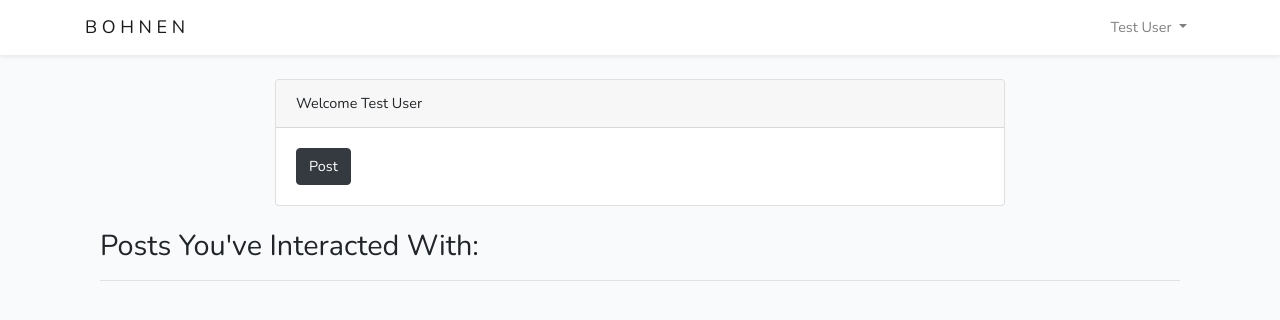
Repository: davidbohnen/BOHNEN
Page: http://localhost/home
An editor plug-in stored every save of this project. The page is shown before and after the next save, followed by the edit.
The browser window is 1280 px wide. The pictures show the whole page.
The page is served by the project's Laravel application, run on PHP 8.4 with Laravel 8. A made-up administrator, Test User (test@example.com), is signed in. Other server files are loaded and not shown.

Above is the page before, as saved 2020-05-05 21:16:36.

### routes/web.php
<?php

use Illuminate\Support\Facades\Route;

/*
|--------------------------------------------------------------------------
| Web Routes
|--------------------------------------------------------------------------
|
| Here is where you can register web routes for your application. These
| routes are loaded by the RouteServiceProvider within a group which
| contains the "web" middleware group. Now create something great!
|
*/

Route::get('/', function () {
    return view('welcome');
});

Auth::routes();

Route::get('/home', 'HomeController@index')->name('home');

Route::get('/post/create', 'PostController@create');
Route::post('/post', 'PostController@store');
Route::get('/warn', 'IndexController@warn');
Route::get('/post/{post}', 'PostController@show');

Route::get('/public', 'IndexController@public');



Route::get('/about', 'IndexController@about');
Route::get('/more', 'IndexController@more');
Route::get('/history', 'IndexController@history');
Route::get('/record', 'IndexController@record');
Route::get('/contact', 'IndexController@contact');
Route::get('/live', 'IndexController@live');

### app/User.php
<?php

namespace App;

use Illuminate\Contracts\Auth\MustVerifyEmail;
use Illuminate\Foundation\Auth\User as Authenticatable;
use Illuminate\Notifications\Notifiable;

class User extends Authenticatable
{
    use Notifiable;

    /**
     * The attributes that are mass assignable.
     *
     * @var array
     */
    protected $fillable = [
        'name', 'email', 'password',
    ];

    /**
     * The attributes that should be hidden for arrays.
     *
     * @var array
     */
    protected $hidden = [
        'password', 'remember_token',
    ];

    /**
     * The attributes that should be cast to native types.
     *
     * @var array
     */
    protected $casts = [
        'email_verified_at' => 'datetime',
    ];


    public function post(){
        return $this->hasMany(Post::class);
    }

}

### resources/views/home.blade.php
@extends('layouts.app')

@section('content')
<div class="container">
    <div class="row justify-content-center">
        <div class="col-md-8">
            <div class="card">
                <div class="card-header">Welcome {{ Auth::user()->name }}</div>

                <div class="card-body">
                    @if (session('status'))
                        <div class="alert alert-success" role="alert">
                            {{ session('status') }}
                        </div>
                    @endif

                <a href="/post/create" class="btn btn-dark">Post</a>

                </div>
            </div>
        </div>


    </div>
    <br>
    <div class="container">
    <h2>Posts You've Interacted With:</h2>
        <hr>
    </div>

</div>
@endsection

### resources/views/layouts/app.blade.php
<!doctype html>
<html lang="{{ str_replace('_', '-', app()->getLocale()) }}">
<head>
    <meta charset="utf-8">
    <meta name="viewport" content="width=device-width, initial-scale=1">

    <!-- CSRF Token -->
    <meta name="csrf-token" content="{{ csrf_token() }}">

    <title>{{ config('BOHNEN', 'B O H N E N') }}</title>


    <!-- Scripts -->
    <script src="{{ asset('js/app.js') }}" defer></script>

    <!-- Fonts -->
    <link rel="dns-prefetch" href="//fonts.gstatic.com">
    <link href="https://fonts.googleapis.com/css?family=Nunito" rel="stylesheet">

    <!-- Styles -->
    <link href="{{ asset('css/app.css') }}" rel="stylesheet">
</head>
<body>
    <div id="app">
        <nav class="navbar navbar-expand-md navbar-light bg-white shadow-sm">
            <div class="container">
                <a class="navbar-brand" href="{{ url('/') }}">
                    {{ config('BOHNEN', 'B O H N E N') }}
                </a>
                <button class="navbar-toggler" type="button" data-toggle="collapse" data-target="#navbarSupportedContent" aria-controls="navbarSupportedContent" aria-expanded="false" aria-label="{{ __('Toggle navigation') }}">
                    <span class="navbar-toggler-icon"></span>
                </button>

                <div class="collapse navbar-collapse" id="navbarSupportedContent">
                    <!-- Left Side Of Navbar -->
                    <ul class="navbar-nav mr-auto">

                    </ul>

                    <!-- Right Side Of Navbar -->
                    <ul class="navbar-nav ml-auto">
                        <!-- Authentication Links -->
                        @guest
                            <li class="nav-item">
                                <a class="nav-link" href="{{ route('login') }}">{{ __('Login') }}</a>
                            </li>
                            @if (Route::has('register'))
                                <li class="nav-item">
                                    <a class="nav-link" href="{{ route('register') }}">{{ __('Register') }}</a>
                                </li>
                            @endif
                        @else
                            <li class="nav-item dropdown">
                                <a id="navbarDropdown" class="nav-link dropdown-toggle" href="#" role="button" data-toggle="dropdown" aria-haspopup="true" aria-expanded="false" v-pre>
                                    {{ Auth::user()->name }} <span class="caret"></span>
                                </a>

                                <div class="dropdown-menu dropdown-menu-right" aria-labelledby="navbarDropdown">
                                    <a class="dropdown-item" href="{{ route('logout') }}"
                                       onclick="event.preventDefault();
                                                     document.getElementById('logout-form').submit();">
                                        {{ __('Logout') }}
                                    </a>

                                    <form id="logout-form" action="{{ route('logout') }}" method="POST" style="display: none;">
                                        @csrf
                                    </form>
                                </div>
                            </li>
                        @endguest
                    </ul>
                </div>
            </div>
        </nav>

        <main class="py-4">
            @yield('content')
        </main>
    </div>
</body>
</html>

Loaded but not shown: app/Http/Controllers/Auth/LoginController.php (common file); app/Http/Controllers/Controller.php (common file); app/Http/Controllers/Auth/ConfirmPasswordController.php (common file); app/Http/Controllers/HomeController.php (common file); public/css/app.css (library)

After the next save:
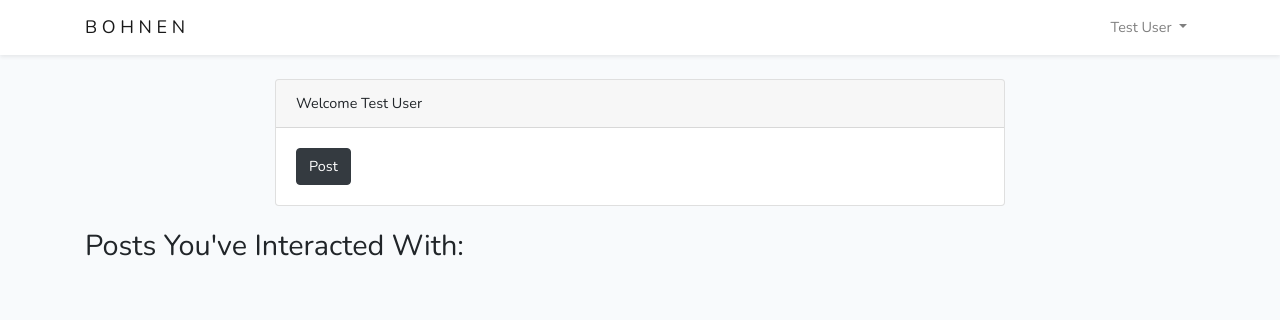
Saved 15 s later.
--- a/resources/views/home.blade.php
+++ b/resources/views/home.blade.php
@@ -24,9 +24,10 @@
     </div>
     <br>
     <div class="container">
+    <div class="row justify-content-center">
     <h2>Posts You've Interacted With:</h2>
         <hr>
     </div>
-
+</div>
 </div>
 @endsection
